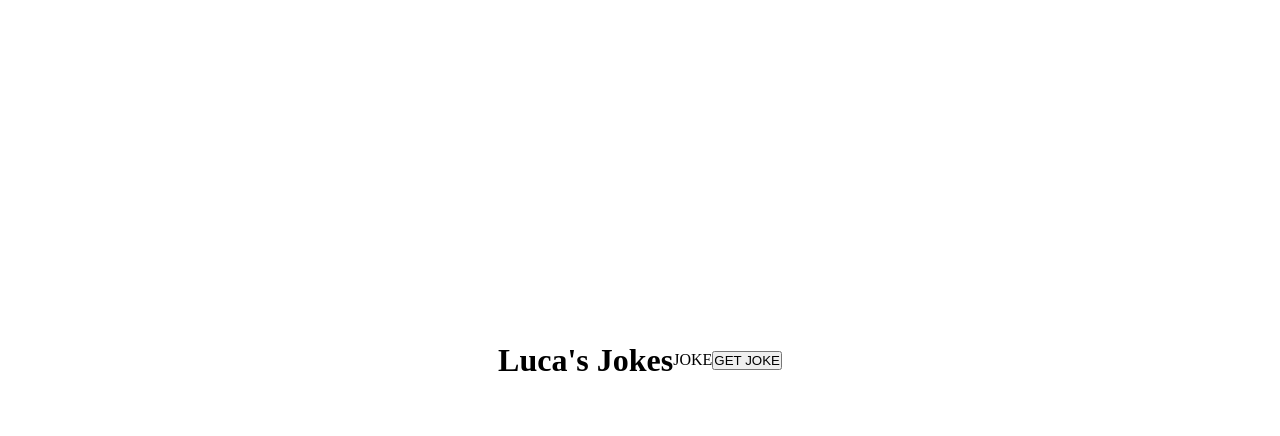
Repository: SerbanLuca/ChuckNorrisJokes-app
Page: /
The author's editor kept a copy of each file at every save. The page is drawn from the files as they stood at one save, then again after the next save.
The browser window is 1280 px wide. The pictures show the whole page.
The project was rebuilt for these pictures with package versions that can differ from the ones it lists, and the page was loaded fresh each time.

Above is the page before, as saved 2021-04-07 13:44:17.

### src/App.js
import './App.css';
import React, {useState, useEffect} from 'react';

const API_KEY = `https://api.chucknorris.io/jokes/random`;

function App() {

  return (
    <>
      <div className="container">
        <h1>Luca's Jokes</h1>
        <p>JOKE</p>
        <button className="button">GET JOKE</button>
      </div>
    </>
  );
}

export default App;

### src/App.css
*
{
  box-sizing:border-box;
  padding: 0;
  margin: 0;
}

.container
{
  display: flex;
  justify-content: center;
  align-items: center;
  min-height: 100vh;

}

Loaded but not shown: public/index.html (common file); src/index.js (common file)

After the next save:
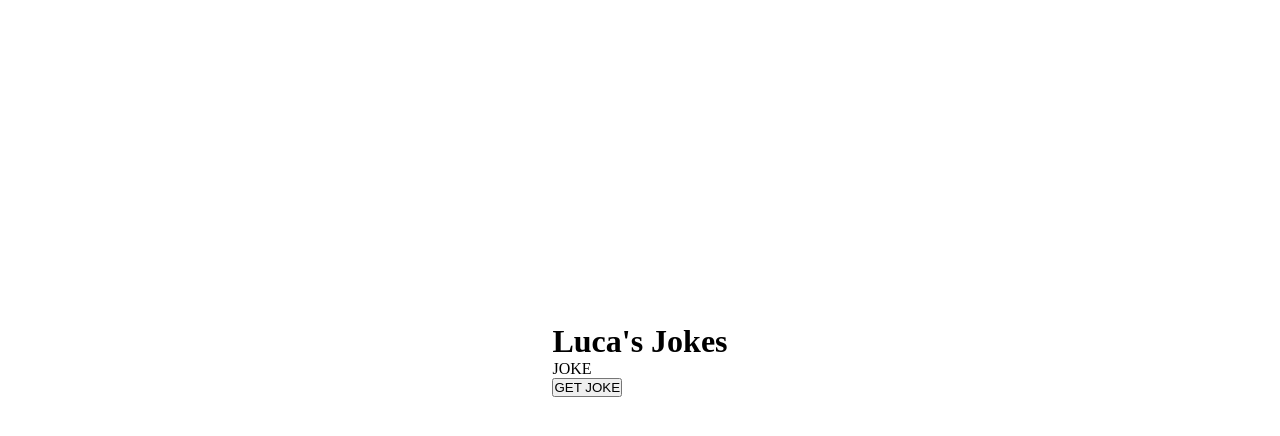
Saved 37 s later.
--- a/src/App.css
+++ b/src/App.css
@@ -5,7 +5,7 @@
   margin: 0;
 }
 
-.container
+#root
 {
   display: flex;
   justify-content: center;
